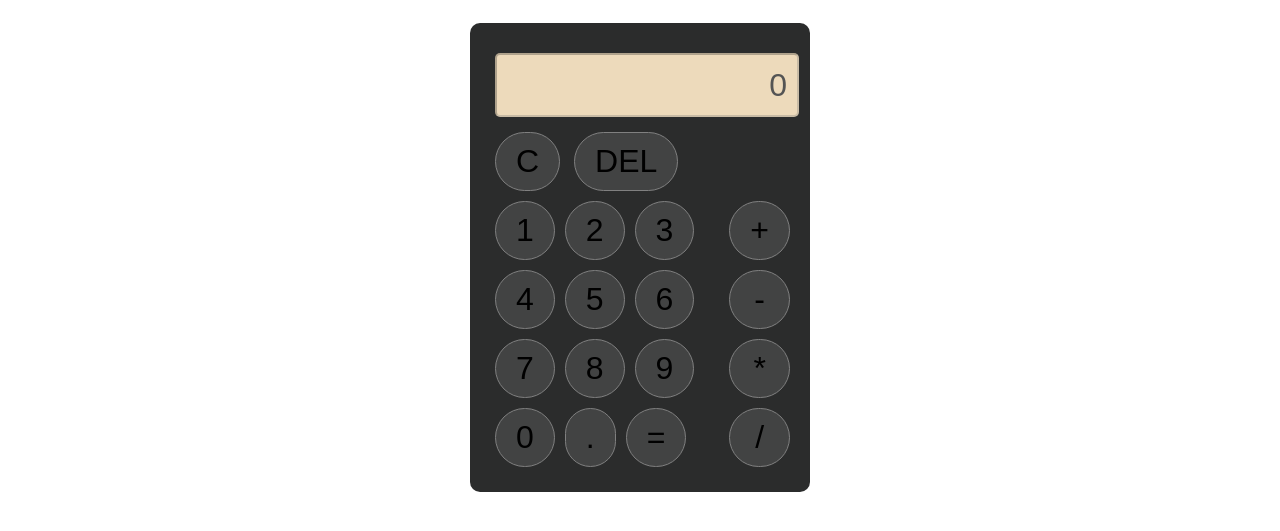
Repository: jaskeat/Calculator
Page: index.html
An editor plug-in stored every save of this project. The page is shown before and after the next save, followed by the edit.
The browser window is 1280 px wide. The pictures show the whole page.

Above is the page before, as saved 2024-09-05 13:31:21.

After the next save:
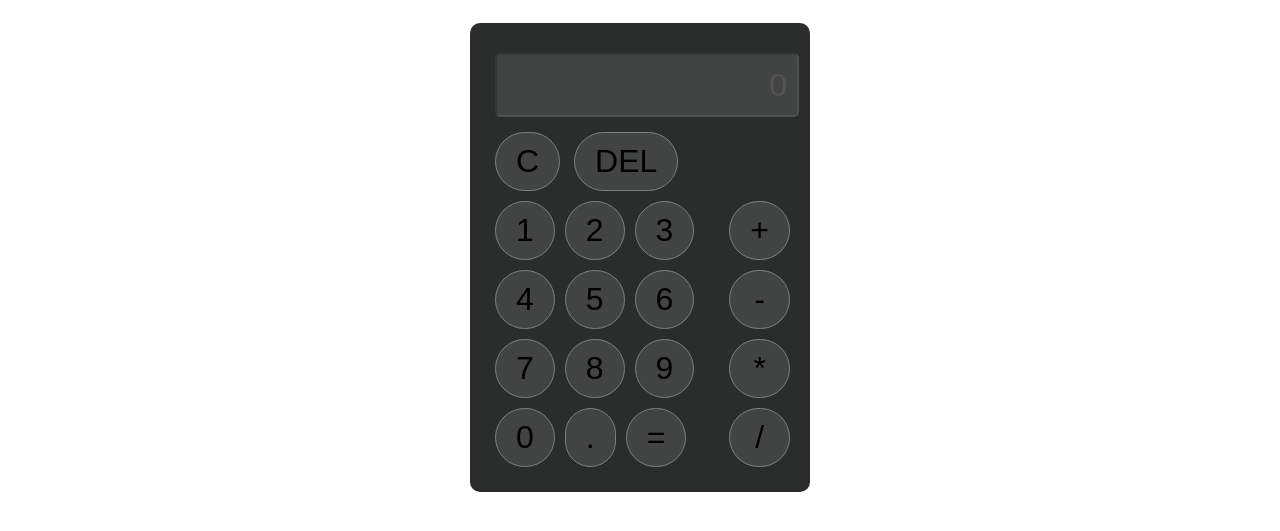
Saved 26 s later.
--- a/style.css
+++ b/style.css
@@ -39,7 +39,7 @@ input {
 	text-align: right;
 	border-radius: 5px;
 	margin: 10px 5px;
-	background-color: rgb(237, 218, 187);
+	background-color: var(--button-color);
 	padding: 5px 10px;
 }
 
